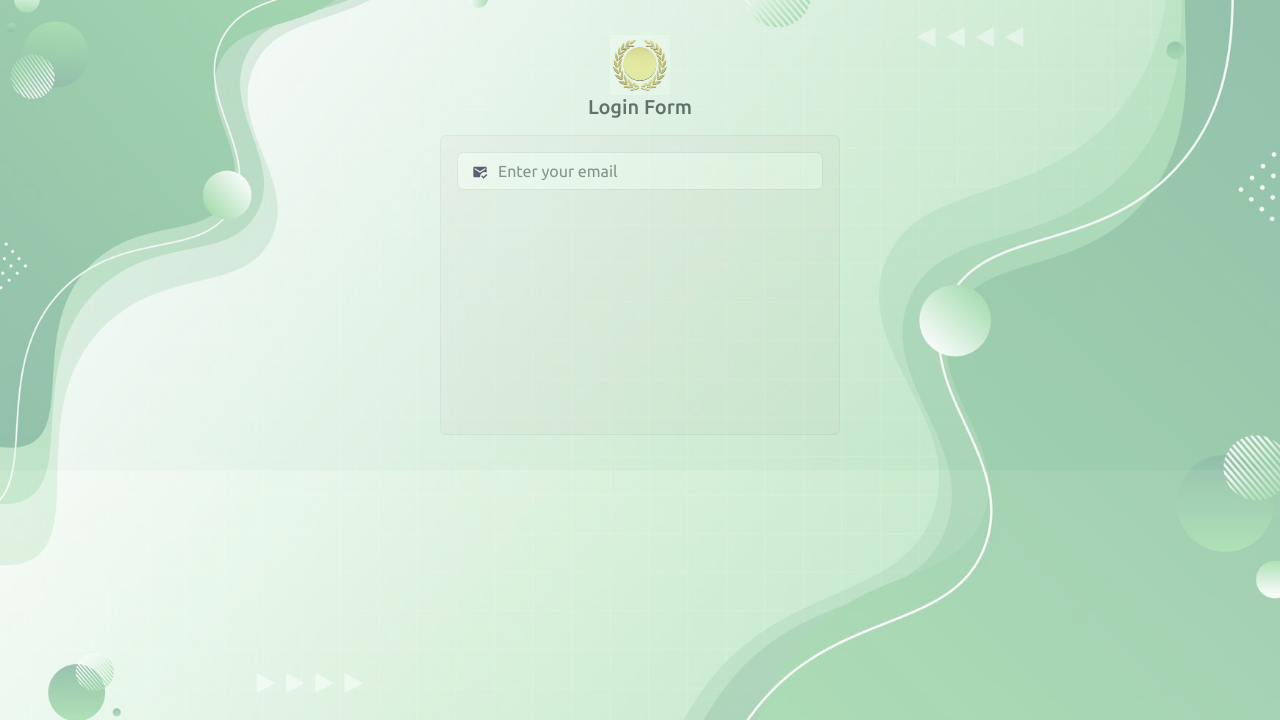
Repository: gautamsonam011/admin-react-dashboard
Page: /login
These files come from the project's save history. The page is drawn as it stood at one moment and after the next save; the edit follows.
The browser window is 1280 px wide. The pictures show the whole page.
The project was rebuilt for these pictures with package versions that can differ from the ones it lists, and the page was loaded fresh each time. Also part of the build but not shown: src/components/DashboardBox.jsx, src/pages/Dashboard/Dashboard.jsx.

Above is the page before, as saved 2025-04-23 21:55:50.

After the next save:
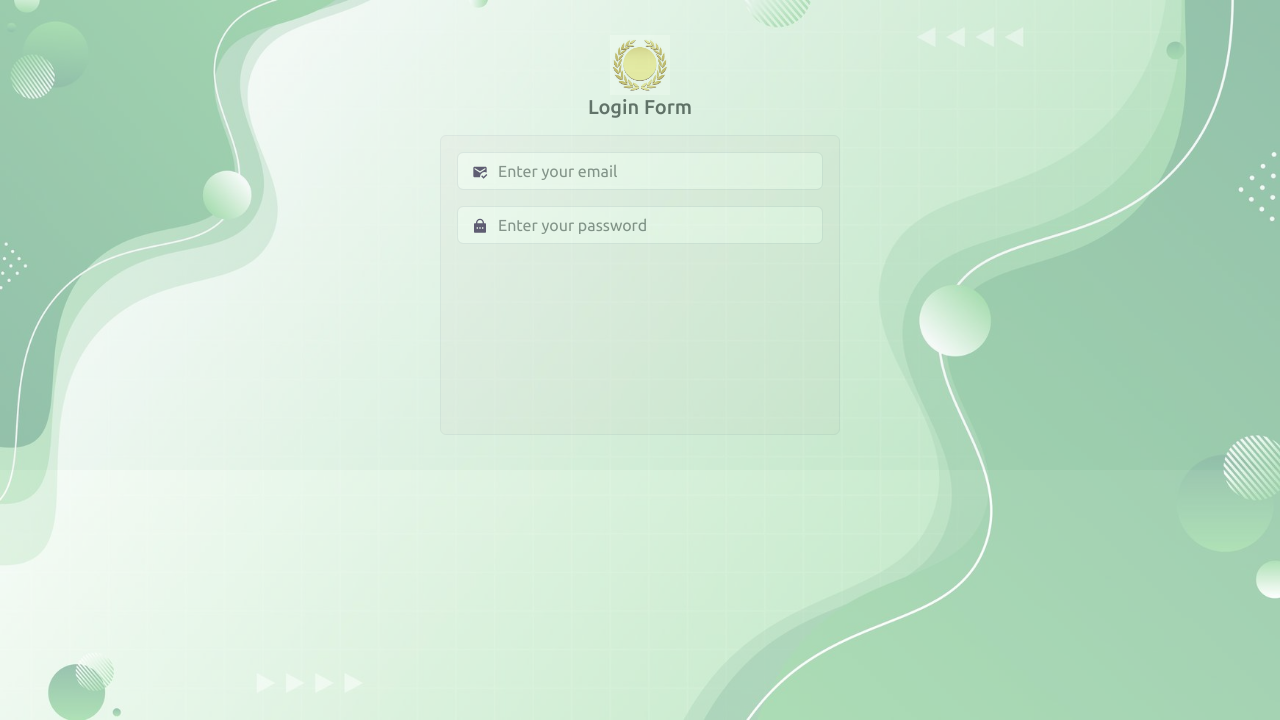
Saved 91 s later.
--- a/src/pages/Login/index.jsx
+++ b/src/pages/Login/index.jsx
@@ -34,6 +34,10 @@ const Login = () => {
                                 <span className="icon"><MdMarkEmailRead/></span>
                                 <input type="text" className='form-control' placeholder='Enter your email' onFocus={()=>focusInput(0)} onBlur={()=>setInputIndex(null)} />
                             </div>
+                            <div className={`form-group mb-3 position-relative ${inputIndex===0 && 'focus'}`}>
+                                <span className="icon"><RiLockPasswordFill/></span>
+                                <input type="text" className='form-control' placeholder='Enter your password' onFocus={()=>focusInput(0)} onBlur={()=>setInputIndex(null)} />
+                            </div>
                         </form>
                     </div>
                 </div>
